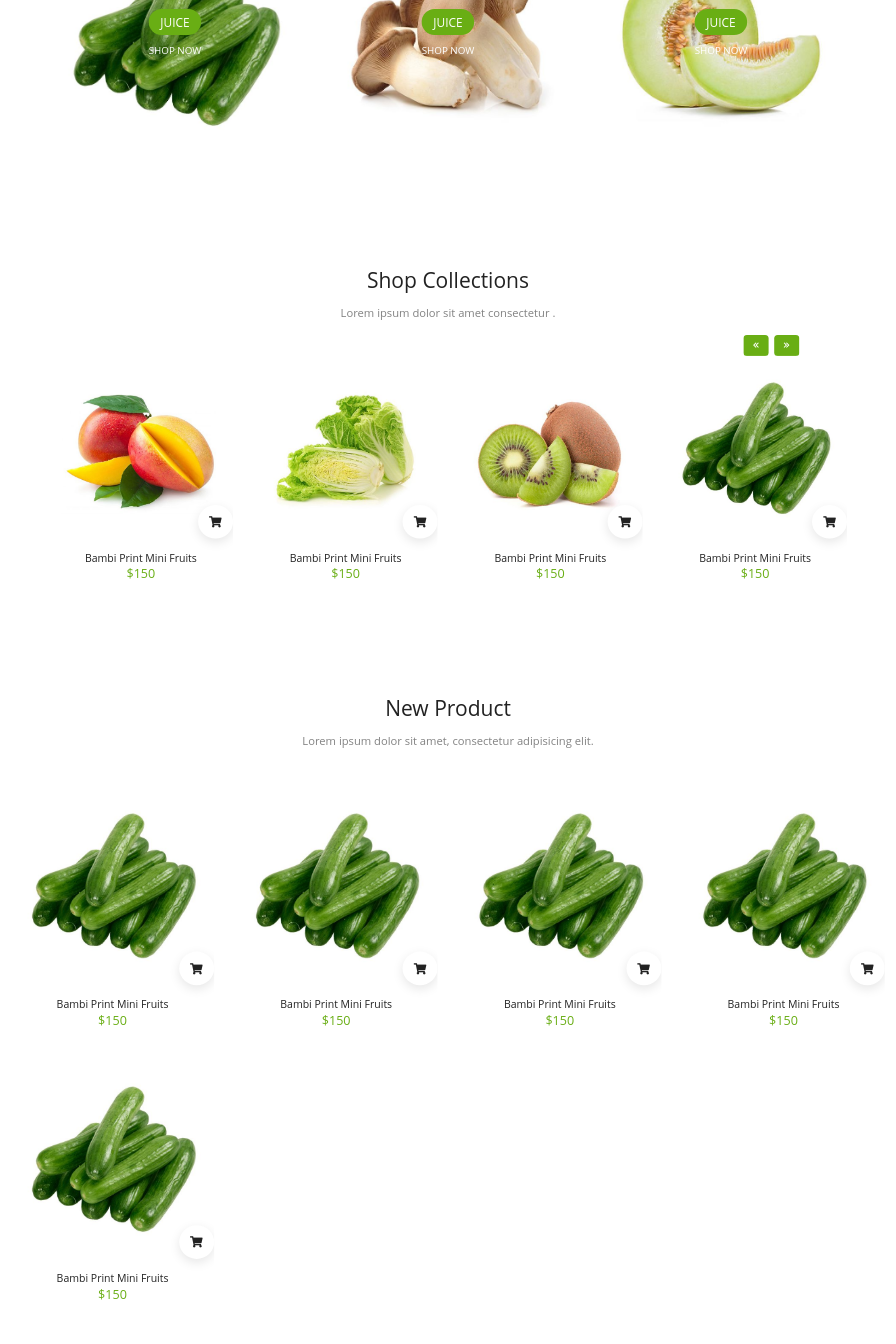
Repository: hoanggiainfomation/hoanggiainfomation.github.io
Page: index.html
An editor plug-in stored every save of this project. The page is shown before and after the next save, followed by the edit.
The browser window is 1280 px wide. The pictures show the part of the page from y = 1479 to 3399 px (the page is 3399 px tall), at 70% of full size.
Some web libraries are served in a nearby version.

Above is the page before, as saved 2021-08-18 00:39:40.

After the next save:
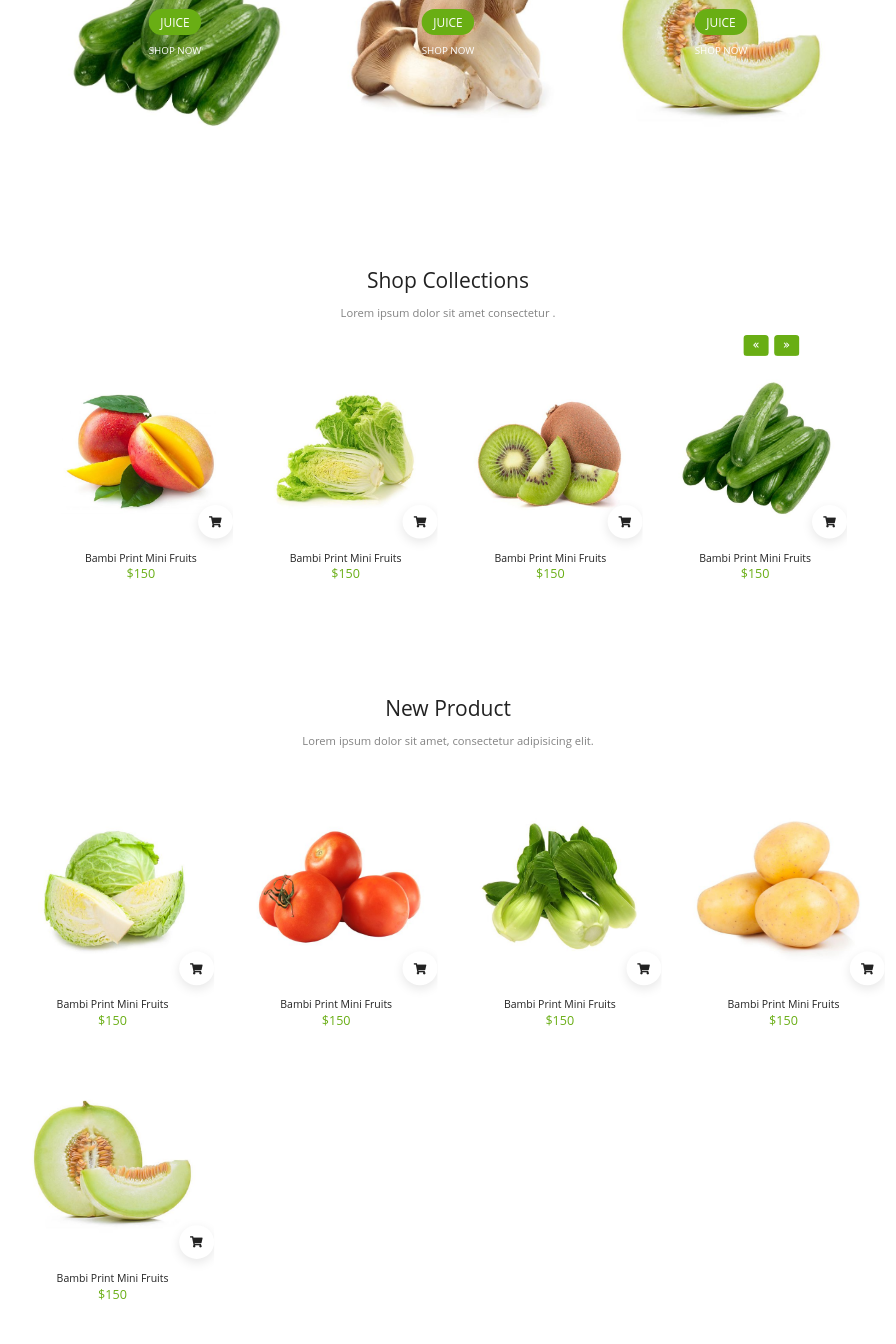
Saved 108 s later.
--- a/index.html
+++ b/index.html
@@ -372,7 +372,7 @@
       <div class="product-layout">
         <div class="product">
           <div class="img-container">
-            <img src="./images/product-4.jpg" alt="" />
+            <img src="./images/product-10.jpg" alt="" />
             <div class="addCart">
               <i class="fas fa-shopping-cart"></i>
             </div>
@@ -391,7 +391,7 @@
         </div>
         <div class="product">
           <div class="img-container">
-            <img src="./images/product-4.jpg" alt="" />
+            <img src="./images/product-9.jpg" alt="" />
             <div class="addCart">
               <i class="fas fa-shopping-cart"></i>
             </div>
@@ -410,7 +410,7 @@
         </div>
         <div class="product">
           <div class="img-container">
-            <img src="./images/product-4.jpg" alt="" />
+            <img src="./images/product-8.jpg" alt="" />
             <div class="addCart">
               <i class="fas fa-shopping-cart"></i>
             </div>
@@ -429,7 +429,7 @@
         </div>
         <div class="product">
           <div class="img-container">
-            <img src="./images/product-4.jpg" alt="" />
+            <img src="./images/product-7.jpg" alt="" />
             <div class="addCart">
               <i class="fas fa-shopping-cart"></i>
             </div>
@@ -448,7 +448,7 @@
         </div>
         <div class="product">
           <div class="img-container">
-            <img src="./images/product-4.jpg" alt="" />
+            <img src="./images/product-6.jpg" alt="" />
             <div class="addCart">
               <i class="fas fa-shopping-cart"></i>
             </div>
